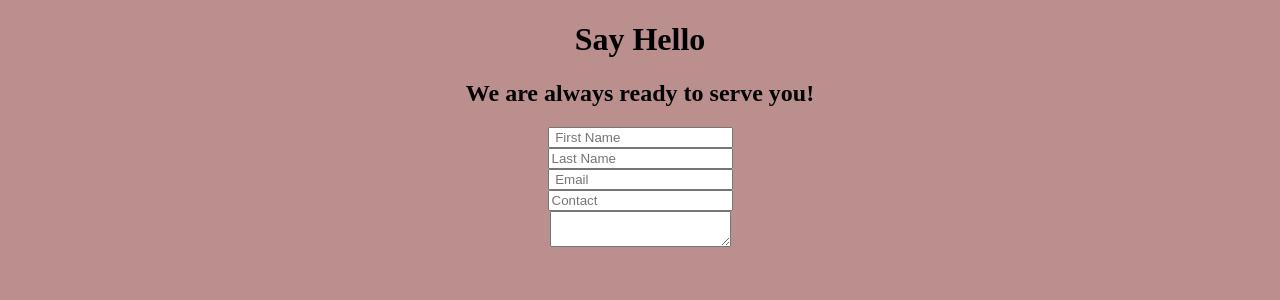
Repository: Owusuharriet/HW1-HAMAH.index.html
Page: index.htm
These files come from the project's save history. The page is drawn as it stood at one moment and after a run of saves; the edit follows.
The browser window is 1280 px wide. The pictures show the whole page.

Above is the page before, as saved 2020-08-03 22:46:22.

After the next 2 saves:
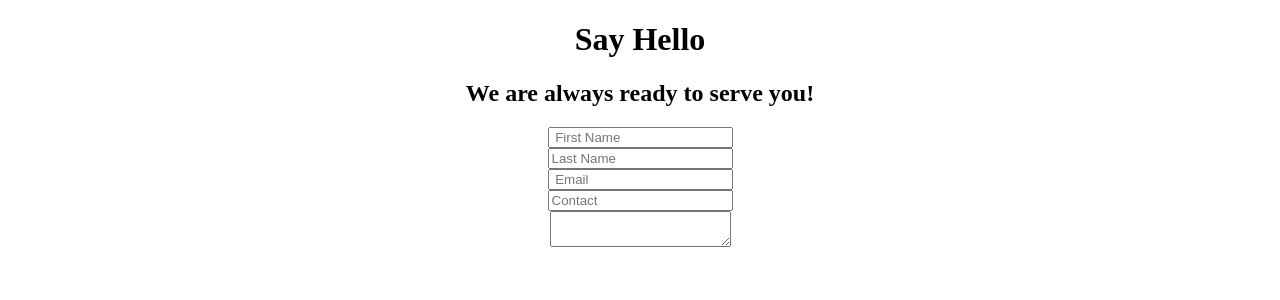
The 2 saves are shown as one change because they came seconds apart.
The last was saved 13 s later.
--- a/style.css
+++ b/style.css
@@ -2,7 +2,7 @@ body{
     margin: 0;
     padding: 0;
     text-align: center;
-    background-color: rosybrown;
+    background-color: a;
     background-image: image(laptop);
     background-size: cover;
     background-position: center;
